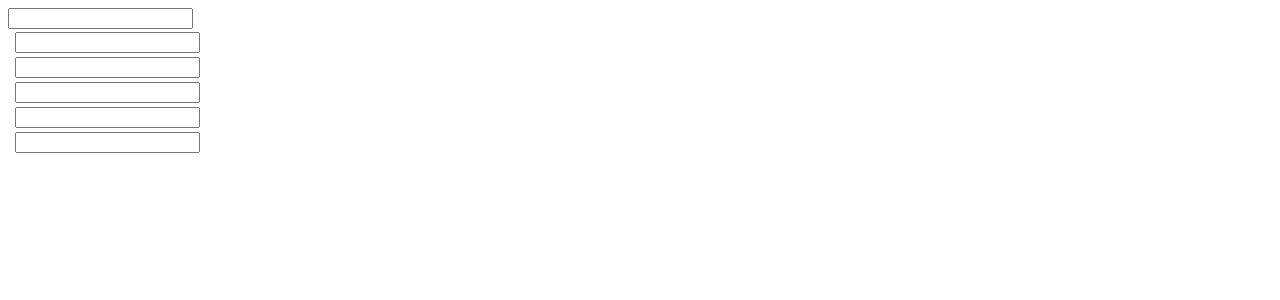
Repository: lch901/HelloWorld
Page: http://localhost/2020_shop/join.jsp
The author's editor kept a copy of each file at every save. The page is drawn from the files as they stood at one save, then again after the next save.
The browser window is 1280 px wide. The pictures show the whole page.
The page is served by Tomcat 9.

Above is the page before, as saved 2020-08-25 12:28:14.

After the next save:
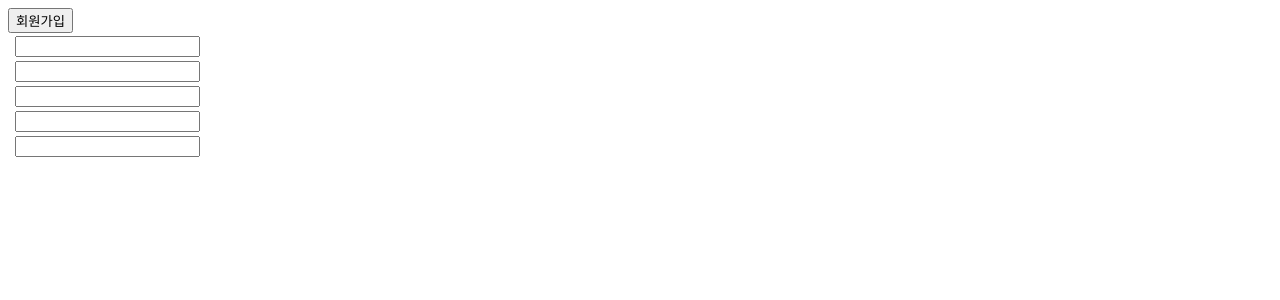
Saved 16 s later.
--- a/2020_shop/WebContent/join.jsp
+++ b/2020_shop/WebContent/join.jsp
@@ -31,7 +31,7 @@
 					<td><input type="text" name=""></td>
 				</tr>
 				<tr>
-					<input type="text" name="">
+					<input type="submit" value="회원가입">
 				</tr>
 			</table>
 		</form>
